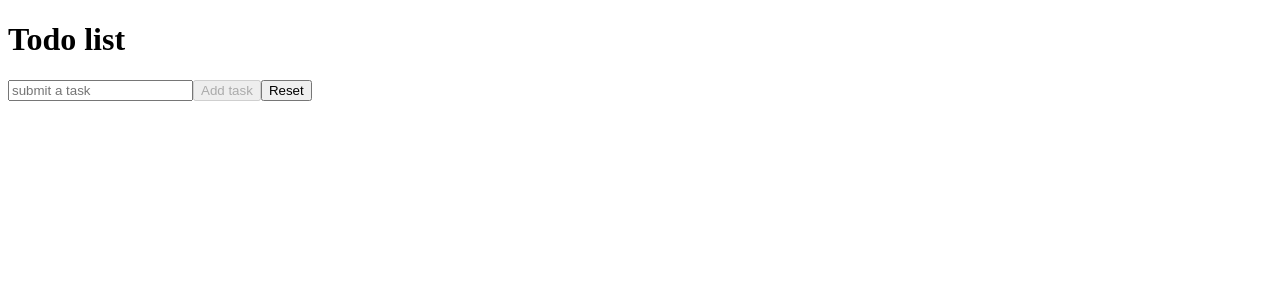
Repository: Ylan-sayada/todo-list
Page: /, after clicking the first element matching `button`
These files come from the project's save history. The page is drawn as it stood at one moment and after the next save; the edit follows.
The browser window is 1280 px wide. The pictures show the whole page.
The project was rebuilt for these pictures with package versions that can differ from the ones it lists, and the page was loaded fresh each time.

Above is the page before, as saved 2021-05-29 22:20:06.

After the next save:
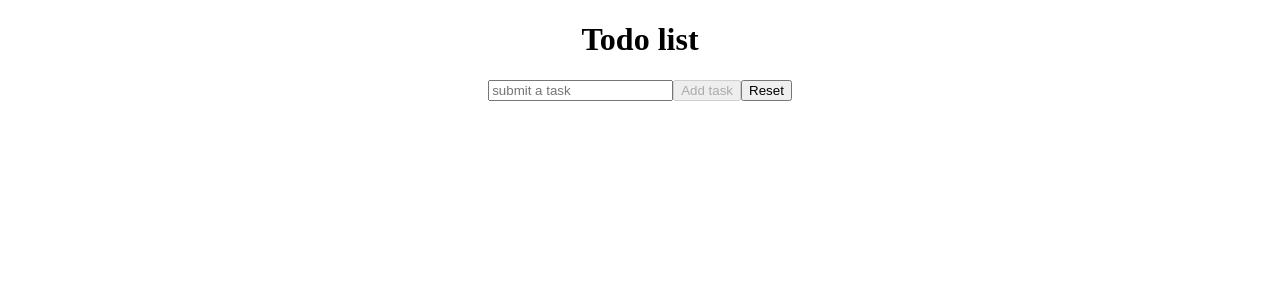
Saved 7 s later.
--- a/src/App.jsx
+++ b/src/App.jsx
@@ -4,7 +4,7 @@ import TodoContainer from './components/TodoContainer';
 function App() {
   return (
     <div className="App">
-      <header className="App-header">
+      <header className="App-header" style={{textAlign:"center"}}>
        <h1>Todo list</h1>
        <TodoContainer style={{margin:"auto 0"}}/>
       </header>
